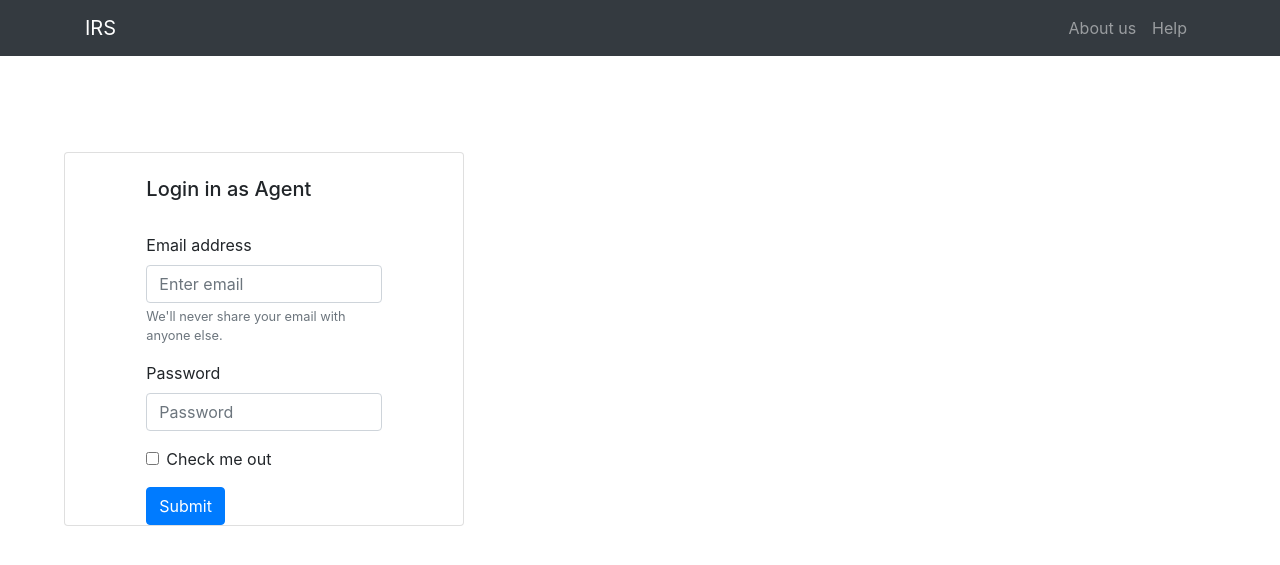
Repository: greeshmavyas/IRS_CS
Page: / (app in AgentManagement/Frontend/)
The author's editor kept a copy of each file at every save. The page is drawn from the files as they stood at one save, then again after the next save.
The browser window is 1280 px wide. The pictures show the whole page.
Some web libraries are served in a nearby version. The project was rebuilt for these pictures with package versions that can differ from the ones it lists, and the page was loaded fresh each time. Also part of the build but not shown: AgentManagement/Frontend/src/components/NavbarDash.js, AgentManagement/Frontend/src/components/Sidebar.js, AgentManagement/Frontend/src/components/Dashboard.js, AgentManagement/Frontend/src/components/Settings.js, AgentManagement/frontend/src/App.css.

Above is the page before, as saved 2020-10-26 16:28:25.

### AgentManagement/frontend/public/index.html
<!DOCTYPE html>
<html lang="en">
  <head>
    <meta charset="utf-8" />
    <link rel="icon" href="%PUBLIC_URL%/favicon.ico" />
    <meta name="viewport" content="width=device-width, initial-scale=1" />
    <meta name="theme-color" content="#000000" />
    <meta
      name="description"
      content="Web site created using create-react-app"
    />
    <link rel="apple-touch-icon" href="%PUBLIC_URL%/logo192.png" />
    <!--
      manifest.json provides metadata used when your web app is installed on a
      user's mobile device or desktop. See https://developers.google.com/web/fundamentals/web-app-manifest/
    -->
    <link rel="manifest" href="%PUBLIC_URL%/manifest.json" />
    <link rel="stylesheet" href="https://stackpath.bootstrapcdn.com/bootstrap/4.4.1/css/bootstrap.min.css"
      integrity="sha384-Vkoo8x4CGsO3+Hhxv8T/Q5PaXtkKtu6ug5TOeNV6gBiFeWPGFN9MuhOf23Q9Ifjh" crossorigin="anonymous">
    <script src="https://kit.fontawesome.com/db1fc867ad.js" crossorigin="anonymous"></script>
    <!--
      Notice the use of %PUBLIC_URL% in the tags above.
      It will be replaced with the URL of the `public` folder during the build.
      Only files inside the `public` folder can be referenced from the HTML.

      Unlike "/favicon.ico" or "favicon.ico", "%PUBLIC_URL%/favicon.ico" will
      work correctly both with client-side routing and a non-root public URL.
      Learn how to configure a non-root public URL by running `npm run build`.
    -->
    <title>React App</title>
  </head>
  <body>
    <noscript>You need to enable JavaScript to run this app.</noscript>
    <div id="root"></div>
    <script src="https://code.jquery.com/jquery-3.4.1.slim.min.js"
      integrity="sha384-J6qa4849blE2+poT4WnyKhv5vZF5SrPo0iEjwBvKU7imGFAV0wwj1yYfoRSJoZ+n" crossorigin="anonymous"></script>
    <script src="https://cdn.jsdelivr.net/npm/popper.js@1.16.0/dist/umd/popper.min.js"
      integrity="sha384-Q6E9RHvbIyZFJoft+2mJbHaEWldlvI9IOYy5n3zV9zzTtmI3UksdQRVvoxMfooAo" crossorigin="anonymous"></script>
    <script src="https://stackpath.bootstrapcdn.com/bootstrap/4.4.1/js/bootstrap.min.js"
      integrity="sha384-wfSDF2E50Y2D1uUdj0O3uMBJnjuUD4Ih7YwaYd1iqfktj0Uod8GCExl3Og8ifwB6" crossorigin="anonymous"></script>
    <!--
      This HTML file is a template.
      If you open it directly in the browser, you will see an empty page.

      You can add webfonts, meta tags, or analytics to this file.
      The build step will place the bundled scripts into the <body> tag.

      To begin the development, run `npm start` or `yarn start`.
      To create a production bundle, use `npm run build` or `yarn build`.
    -->
  </body>
</html>

### AgentManagement/Frontend/src/App.js
import React from 'react';
import { BrowserRouter } from 'react-router-dom';
import Main from "./Main"
import './App.css';

function App() {
  return (
    <div>
      <BrowserRouter>
        <Main />
      </BrowserRouter>
    </div>
  );
}

export default App;

### AgentManagement/Frontend/src/Main.js
import React, { Component } from 'react';
import { Route } from 'react-router-dom';
import login from './components/login';
import Dashboard from './components/Dashboard';
import Settings from './components/Settings';

 class Main extends Component {
    render() {
        return (
          <div>
            <Route exact path="/" component={login} />
            <Route exact path="/dashboard" component={Dashboard} />
            <Route exact path="/settings" component={Settings} />
          </div>
        );
    }
}

export default Main;

### AgentManagement/Frontend/src/components/login.js
import React, { Component } from "react";
import Card from 'react-bootstrap/Card'
import NavbarLogin from './NavbarLogin'
import Form from 'react-bootstrap/Form'
import Button from 'react-bootstrap/Button'


class login extends Component {
  constructor() {
    super();
    this.state = {
      email: "",
      password: "",
      userType: "",
      errors: {},
    };
  }

  onChange = (e) => {
    this.setState({
      [e.target.name]: e.target.value,
    });
  };

  render() {
    return (
      <div>
        <NavbarLogin />
        <br></br>
        <br></br>
        <br></br>
          <Card style={{ width: '25rem', 'margin-left': '5%' }}>
            <div className="container">
              <div className="row">
                <div className="col-md-8 m-auto">
                  <br></br>
                  <h5>Login in as Agent</h5>
                  <br></br>
                  <Form>
                    <Form.Group controlId="formBasicEmail">
                      <Form.Label>Email address</Form.Label>
                      <Form.Control type="email" placeholder="Enter email" />
                      <Form.Text className="text-muted">
                        We'll never share your email with anyone else.
                    </Form.Text>
                    </Form.Group>

                    <Form.Group controlId="formBasicPassword">
                      <Form.Label>Password</Form.Label>
                      <Form.Control type="password" placeholder="Password" />
                    </Form.Group>
                    <Form.Group controlId="formBasicCheckbox">
                      <Form.Check type="checkbox" label="Check me out" />
                    </Form.Group>
                    <Button variant="primary" type="submit">
                      Submit
                    </Button>
                  </Form>
                  {/*  <form onSubmit={this.onSubmit}>
                <div className="form-group">
                <strong>Username</strong>
                  <input
                    type="email"
                    className="form-control form-control-lg"
                    placeholder="Email Address"
                    name="email"
                    value={this.state.email}
                    onChange={this.onChange}
                  />
                </div>
                <div className="form-group">
                <strong>Password</strong>
                  <input
                    type="password"
                    className="form-control form-control-lg"
                    placeholder="Password"
                    name="password"
                    value={this.state.password}
                    onChange={this.onChange}
                  />
                </div>
                 <a href="/dashboard" class="btn btn-info btn-block mt-4">
                    Login
                  </a>
                  <br></br>
                  <br></br>
              </form> */}
                </div>
              </div>
            </div>
          </Card>
      </div>
    );
  }
}

export default login;

### AgentManagement/Frontend/src/components/NavbarLogin.js
import React, { Component } from 'react';

class NavbarLogin extends Component {

  handleLogout = () => {
    window.localStorage.clear();
  };

  render() {
    return (
      <nav className="navbar navbar-expand-sm navbar-dark bg-dark mb-4">
        <div className="container">
          <a className="navbar-brand" href="/companyDashboard">
            IRS
          </a>
          <button
            className="navbar-toggler"
            type="button"
            data-toggle="collapse"
            data-target="#mobile-nav"
          >
            <span className="navbar-toggler-icon"></span>
          </button>

          <div className="collapse navbar-collapse" id="mobile-nav">

            <ul className="navbar-nav ml-auto">
              <li className="nav-item">
                <a className="nav-link" href="/">
                  About us
                </a>
              </li>
              <li className="nav-item">
                <a className="nav-link" href="/" onClick={this.handleLogout}>
                  Help
                </a>
              </li>
            </ul>
          </div>
        </div>
      </nav>
    );
  }
}

export default NavbarLogin;

Loaded but not shown: AgentManagement/Frontend/src/index.js (common file); AgentManagement/frontend/src/index.css (common file); AgentManagement/frontend/src/serviceWorker.js (common file)

After the next save:
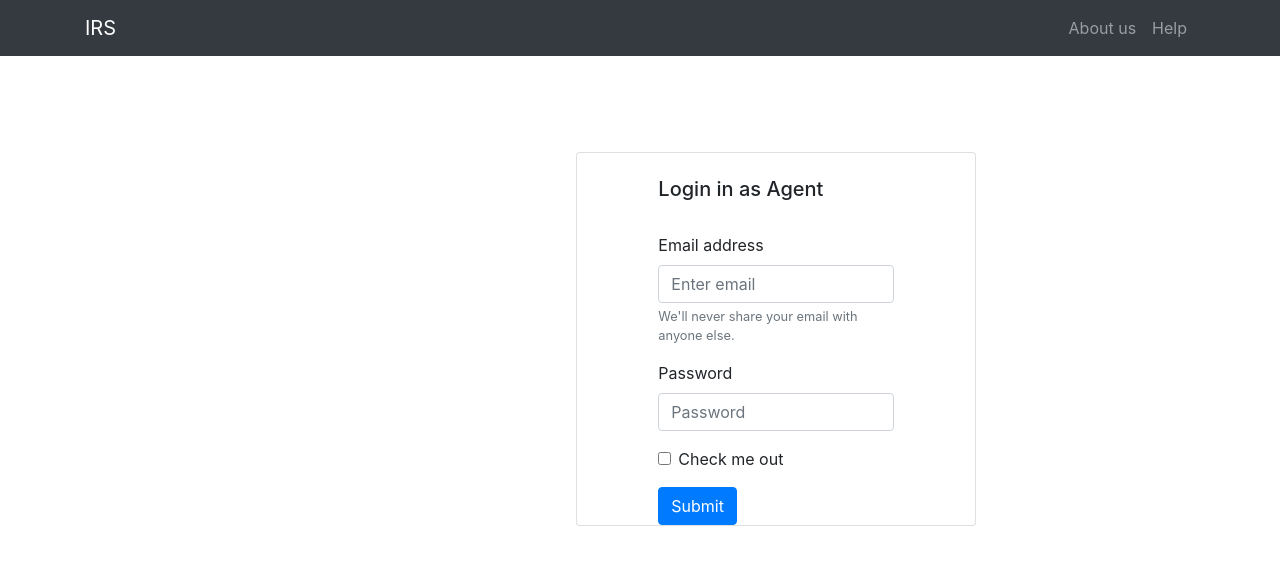
Saved 9 s later.
--- a/AgentManagement/Frontend/src/components/login.js
+++ b/AgentManagement/Frontend/src/components/login.js
@@ -29,7 +29,7 @@ class login extends Component {
         <br></br>
         <br></br>
         <br></br>
-          <Card style={{ width: '25rem', 'margin-left': '5%' }}>
+          <Card style={{ width: '25rem', 'margin-left': '45%' }}>
             <div className="container">
               <div className="row">
                 <div className="col-md-8 m-auto">
